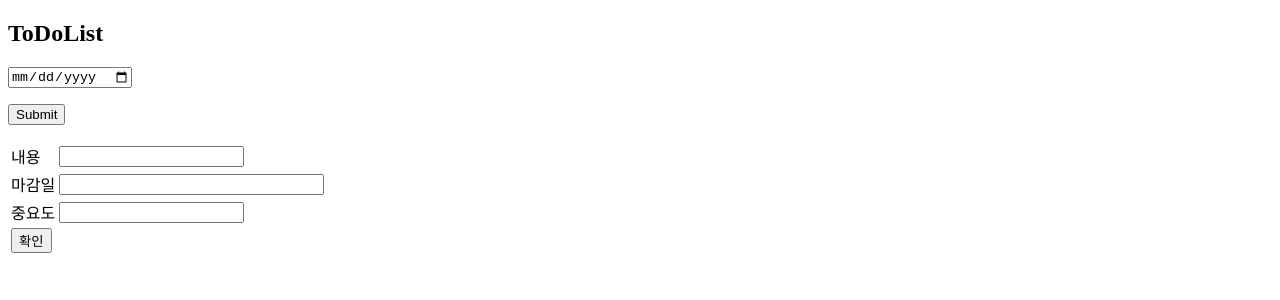
Repository: leesaereum/ToDoList
Page: http://localhost/ToDo/create.jsp
An editor plug-in stored every save of this project. The page is shown before and after the next save, followed by the edit.
The browser window is 1280 px wide. The pictures show the whole page.
The page is served by Tomcat 9.

Above is the page before, as saved 2022-03-29 05:51:04.

After the next save:
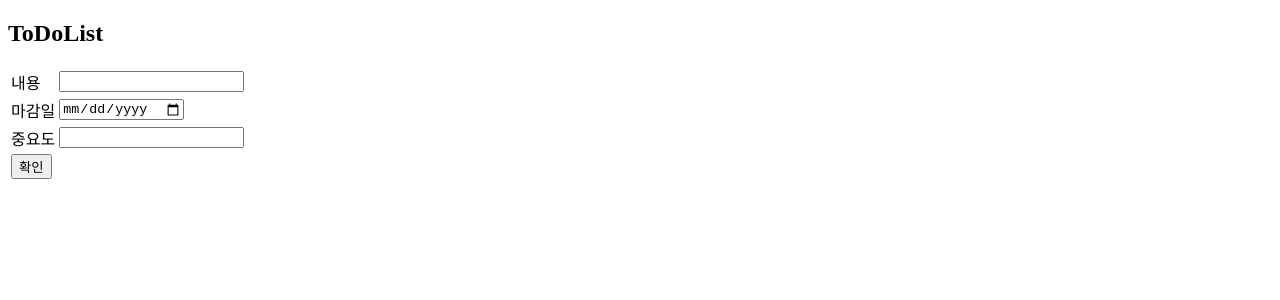
Saved 2 min 0 s later.
--- a/ToDo/src/main/webapp/create.jsp
+++ b/ToDo/src/main/webapp/create.jsp
@@ -17,7 +17,7 @@
 		</tr>
 		<tr>
 			<td>마감일</td>
-			<td><input type="text" name="finishDate" size="30"></td>
+			<td><input type="date" name="finishDate" ></td>
 		</tr>
 		<tr>
 			<td>중요도</td>
@@ -28,8 +28,7 @@
 		</tr>
 
 
-      <p><input type="date"></p>
-      <p><input type="submit" value="Submit"></p>
+
 
 	</form>
 
